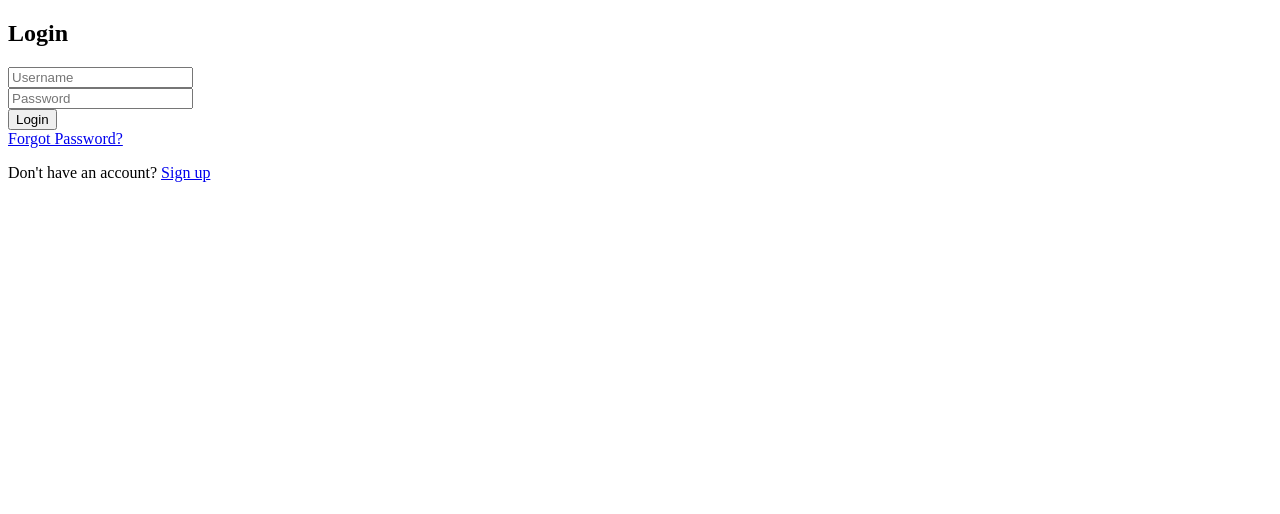
Repository: 2025silverx/slivedrX
Page: login.html
These files come from the project's save history. The page is drawn as it stood at one moment and after the next save; the edit follows.
The browser window is 1280 px wide. The pictures show the whole page.

Above is the page before, as saved 2025-01-05 02:34:36.
Not found: styles.css

After the next save:
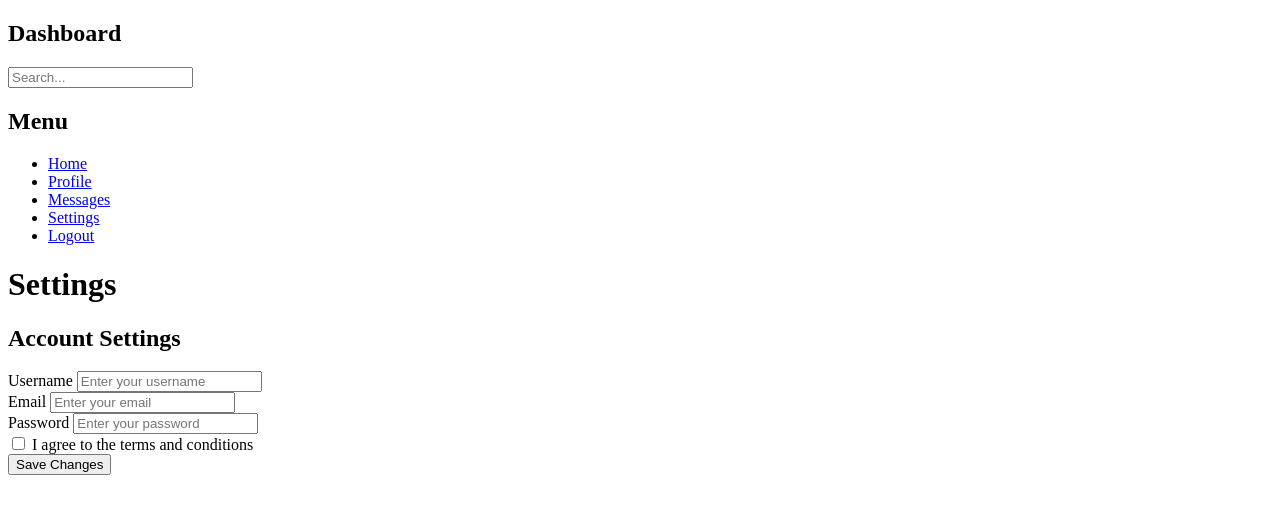
Saved 73 s later.
--- a/login.html
+++ b/login.html
@@ -3,30 +3,64 @@
 <head>
     <meta charset="UTF-8">
     <meta name="viewport" content="width=device-width, initial-scale=1.0">
-    <title>Login Panel</title>
+    <title>Dashboard</title>
     <link rel="stylesheet" href="styles.css">
 </head>
 <body>
-    <div class="login-container">
-        <div class="login-box">
-            <h2>Login</h2>
-            <form id="loginForm" onsubmit="return validateForm()">
-                <div class="textbox">
-                    <input type="text" id="username" placeholder="Username" required>
-                </div>
-                <div class="textbox">
-                    <input type="password" id="password" placeholder="Password" required>
-                </div>
-                <button type="submit" class="btn">Login</button>
-                <div class="forgot-password">
-                    <a href="#">Forgot Password?</a>
-                </div>
-                <div class="signup">
-                    <p>Don't have an account? <a href="#">Sign up</a></p>
-                </div>
-            </form>
+    <!-- Header Section -->
+    <header class="header">
+        <div class="header-left">
+            <h2>Dashboard</h2>
+        </div>
+        <div class="header-right">
+            <input type="text" class="search-bar" placeholder="Search...">
+        </div>
+    </header>
+
+    <!-- Main Content Container -->
+    <div class="main-container">
+        <!-- Sidebar Section -->
+        <div class="sidebar">
+            <h2>Menu</h2>
+            <ul class="sidebar-links">
+                <li><a href="#">Home</a></li>
+                <li><a href="#">Profile</a></li>
+                <li><a href="#">Messages</a></li>
+                <li><a href="#">Settings</a></li>
+                <li><a href="#">Logout</a></li>
+            </ul>
+        </div>
+
+        <!-- Main Content Section -->
+        <div class="main-content">
+            <h1>Settings</h1>
+
+            <!-- Settings Form -->
+            <div class="settings-section">
+                <h2>Account Settings</h2>
+                <form class="settings-form">
+                    <div class="form-group">
+                        <label for="username">Username</label>
+                        <input type="text" id="username" placeholder="Enter your username" required>
+                    </div>
+                    <div class="form-group">
+                        <label for="email">Email</label>
+                        <input type="email" id="email" placeholder="Enter your email" required>
+                    </div>
+                    <div class="form-group">
+                        <label for="password">Password</label>
+                        <input type="password" id="password" placeholder="Enter your password" required>
+                    </div>
+                    <div class="form-group">
+                        <label>
+                            <input type="checkbox"> I agree to the terms and conditions
+                        </label>
+                    </div>
+                    <button type="submit" class="btn">Save Changes</button>
+                </form>
+            </div>
         </div>
     </div>
-    <script src="script.js"></script>
+
 </body>
 </html>

After the save that followed:
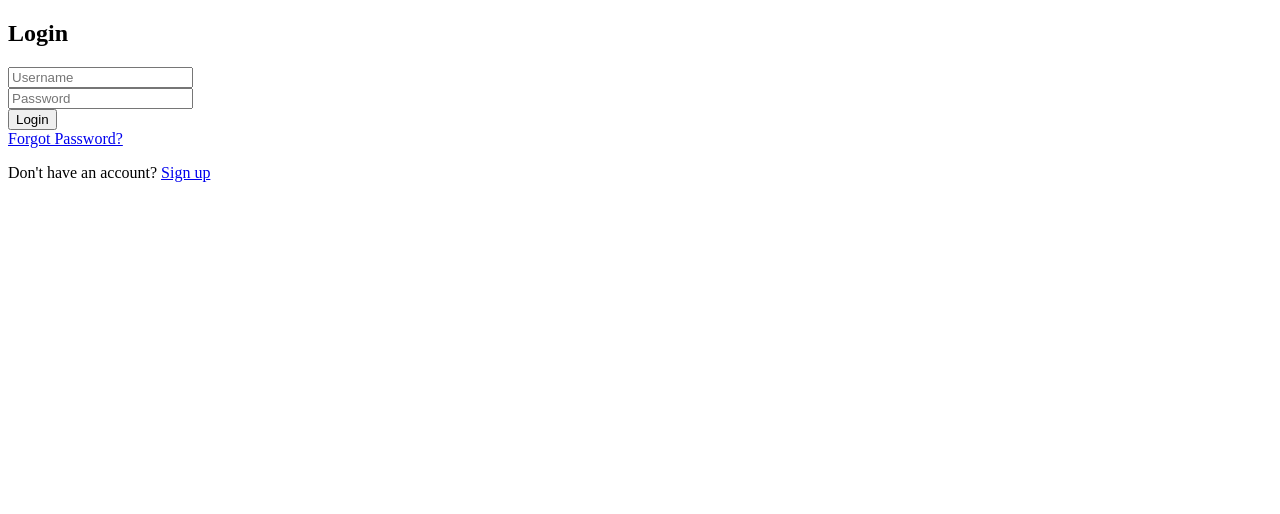
Saved 16 s later.
--- a/login.html
+++ b/login.html
@@ -3,64 +3,30 @@
 <head>
     <meta charset="UTF-8">
     <meta name="viewport" content="width=device-width, initial-scale=1.0">
-    <title>Dashboard</title>
+    <title>Login Panel</title>
     <link rel="stylesheet" href="styles.css">
 </head>
 <body>
-    <!-- Header Section -->
-    <header class="header">
-        <div class="header-left">
-            <h2>Dashboard</h2>
-        </div>
-        <div class="header-right">
-            <input type="text" class="search-bar" placeholder="Search...">
-        </div>
-    </header>
-
-    <!-- Main Content Container -->
-    <div class="main-container">
-        <!-- Sidebar Section -->
-        <div class="sidebar">
-            <h2>Menu</h2>
-            <ul class="sidebar-links">
-                <li><a href="#">Home</a></li>
-                <li><a href="#">Profile</a></li>
-                <li><a href="#">Messages</a></li>
-                <li><a href="#">Settings</a></li>
-                <li><a href="#">Logout</a></li>
-            </ul>
-        </div>
-
-        <!-- Main Content Section -->
-        <div class="main-content">
-            <h1>Settings</h1>
-
-            <!-- Settings Form -->
-            <div class="settings-section">
-                <h2>Account Settings</h2>
-                <form class="settings-form">
-                    <div class="form-group">
-                        <label for="username">Username</label>
-                        <input type="text" id="username" placeholder="Enter your username" required>
-                    </div>
-                    <div class="form-group">
-                        <label for="email">Email</label>
-                        <input type="email" id="email" placeholder="Enter your email" required>
-                    </div>
-                    <div class="form-group">
-                        <label for="password">Password</label>
-                        <input type="password" id="password" placeholder="Enter your password" required>
-                    </div>
-                    <div class="form-group">
-                        <label>
-                            <input type="checkbox"> I agree to the terms and conditions
-                        </label>
-                    </div>
-                    <button type="submit" class="btn">Save Changes</button>
-                </form>
-            </div>
+    <div class="login-container">
+        <div class="login-box">
+            <h2>Login</h2>
+            <form id="loginForm" onsubmit="return validateForm()">
+                <div class="textbox">
+                    <input type="text" id="username" placeholder="Username" required>
+                </div>
+                <div class="textbox">
+                    <input type="password" id="password" placeholder="Password" required>
+                </div>
+                <button type="submit" class="btn">Login</button>
+                <div class="forgot-password">
+                    <a href="#">Forgot Password?</a>
+                </div>
+                <div class="signup">
+                    <p>Don't have an account? <a href="#">Sign up</a></p>
+                </div>
+            </form>
         </div>
     </div>
-
+    <script src="script.js"></script>
 </body>
 </html>
